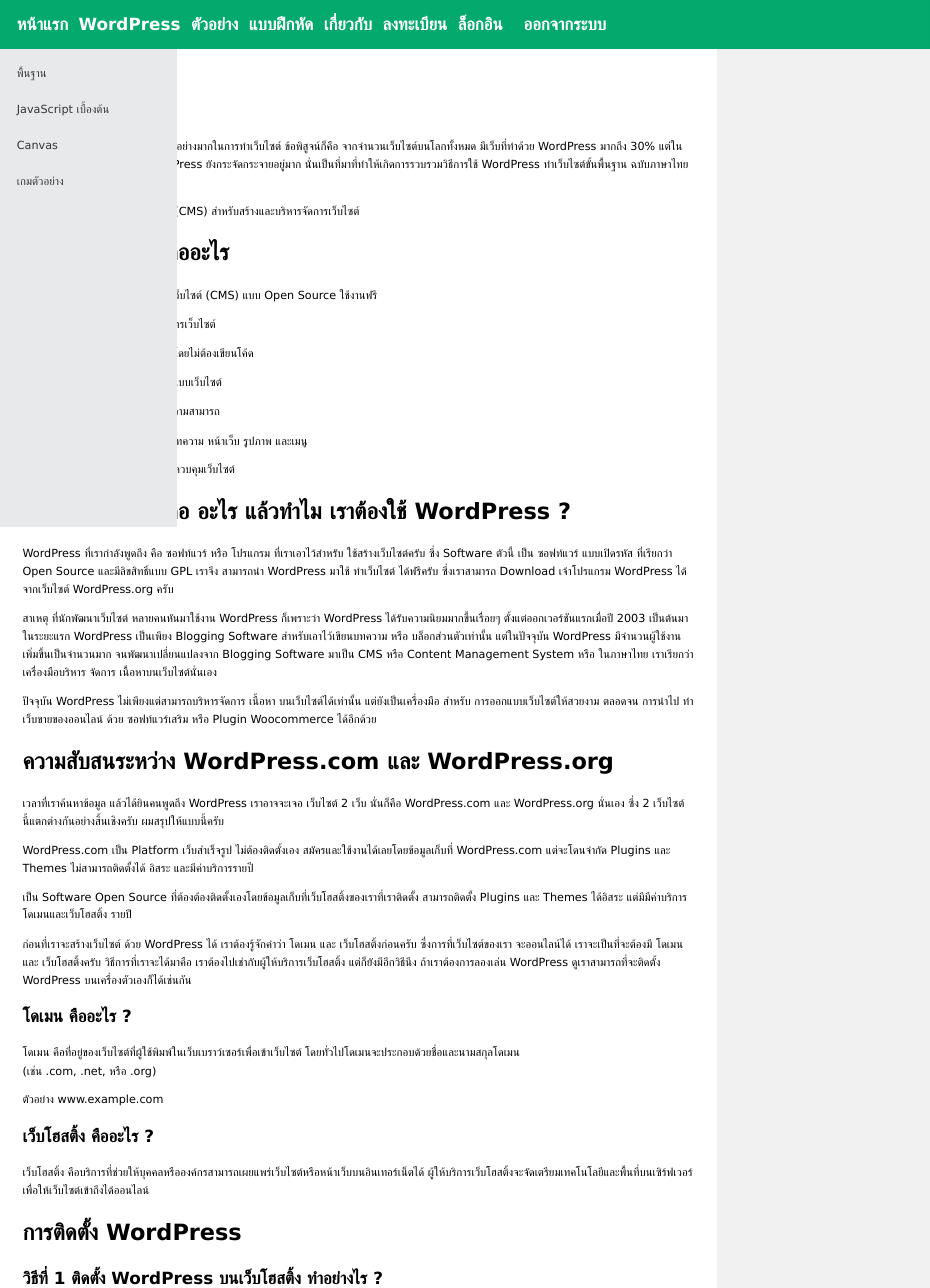
Repository: staggil/thesis
Page: lessons/intro.html
An editor plug-in stored every save of this project. The page is shown before and after the next save, followed by the edit.
The browser window is 1280 px wide. The page is 1328 px wide, so the pictures cover 1328 px, including what lies to the right of the window. The pictures show the part of the page from y = 0 to 1840 px (the page is 8256 px tall), at 70% of full size.
The page's requests for data from a server got no answer.

Above is the page before, as saved 2025-12-15 04:48:55.

After the next save:
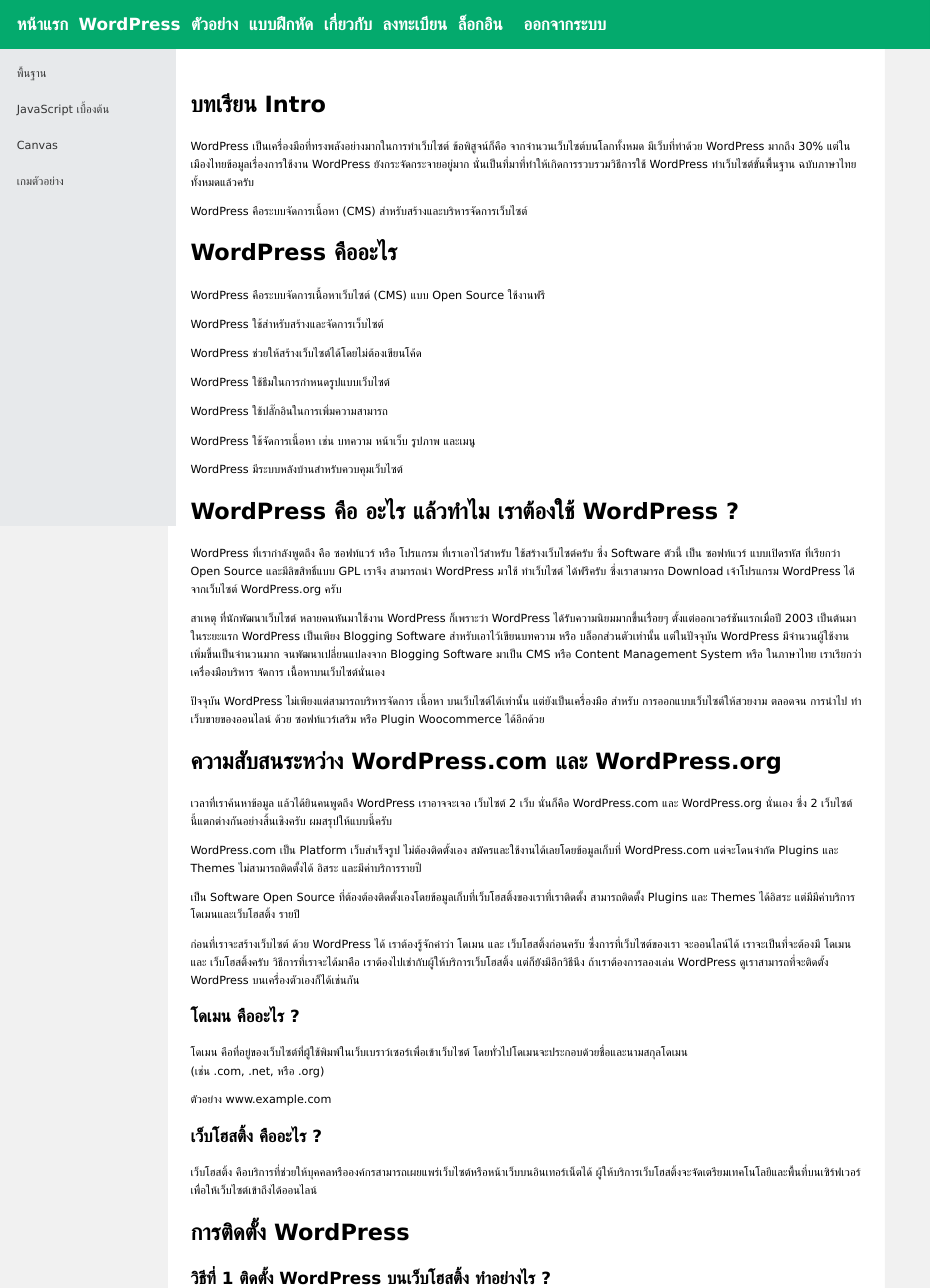
Saved 26 s later.
--- a/style.css
+++ b/style.css
@@ -83,7 +83,8 @@
     background-color: #fff;
     padding: 32px;
     max-width: 960px; /* เหมือน W3Schools */
-
+    margin-left: 240px;  /* เว้นซ้ายเท่าความกว้าง sidebar */
+    padding: 32px;
 
 }
 
